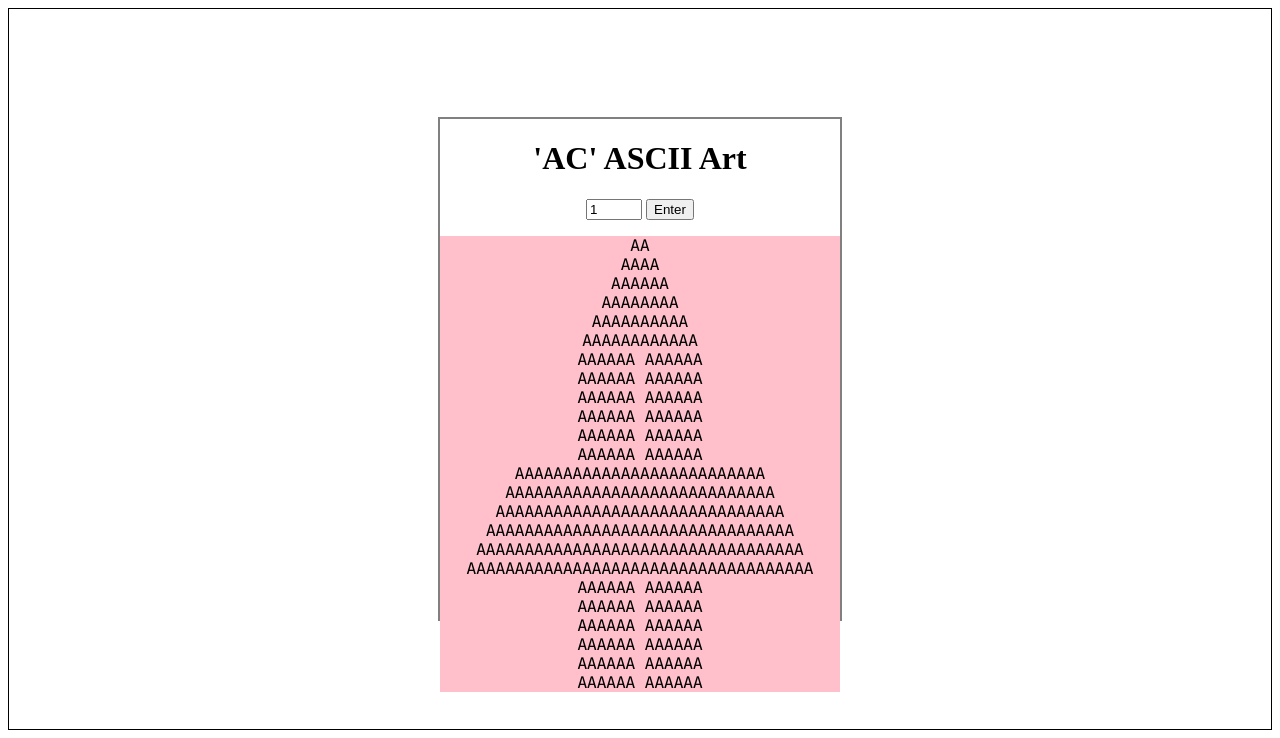
Repository: Achorn/ascii-art
Page: index.html
An editor plug-in stored every save of this project. The page is shown before and after the next save, followed by the edit.
The browser window is 1280 px wide. The pictures show the whole page.

Above is the page before, as saved 2021-08-09 17:39:46.

After the next save:
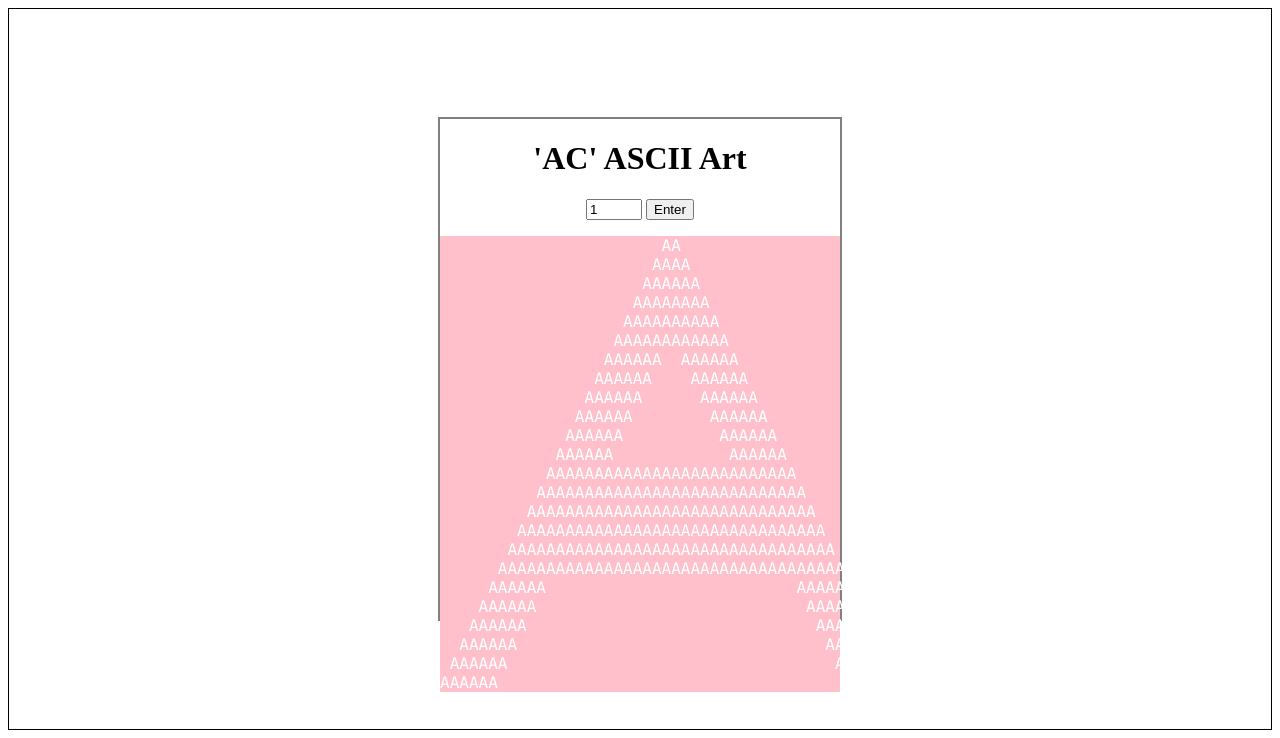
Saved 21 s later.
--- a/styles.css
+++ b/styles.css
@@ -30,4 +30,6 @@ form {
   white-space: pre;
 }
 #mono-c {
+  color: white;
+  white-space: pre;
 }
